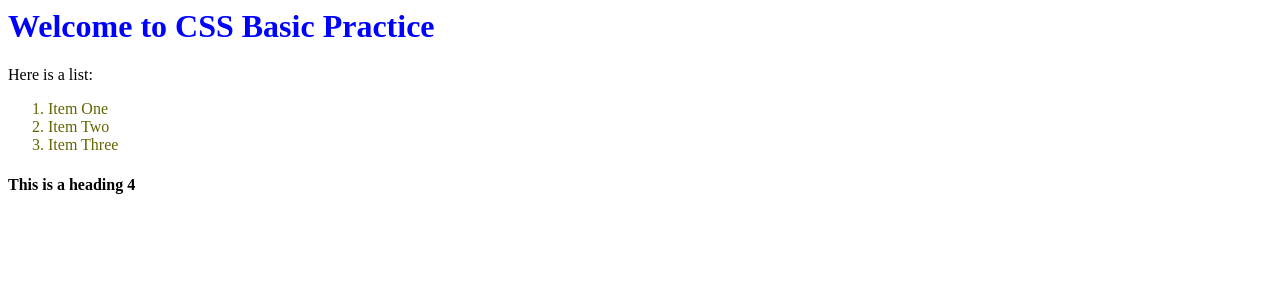
Repository: MonwarAdeeb/Bista_Solutions
Page: HTML & CSS/CSS/Level One/Level_One.html
The author's editor kept a copy of each file at every save. The page is drawn from the files as they stood at one save, then again after the next save.
The browser window is 1280 px wide. The pictures show the whole page.

Above is the page before, as saved 2021-05-19 16:03:26.

After the next save:
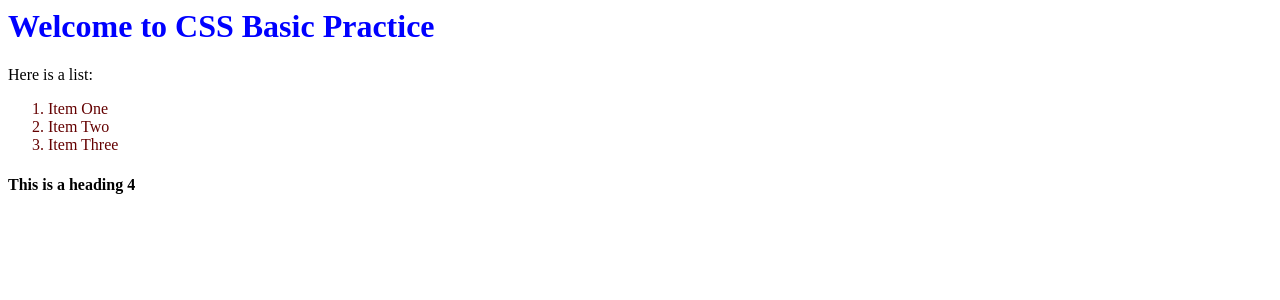
Saved 12 s later.
--- a/HTML & CSS/CSS/Level One/Level_One_CSS.css
+++ b/HTML & CSS/CSS/Level One/Level_One_CSS.css
@@ -8,5 +8,5 @@
 }
 
 li {
-  color: rgb(100, 100, 0);
+  color: rgb(100, 0, 0);
 }
